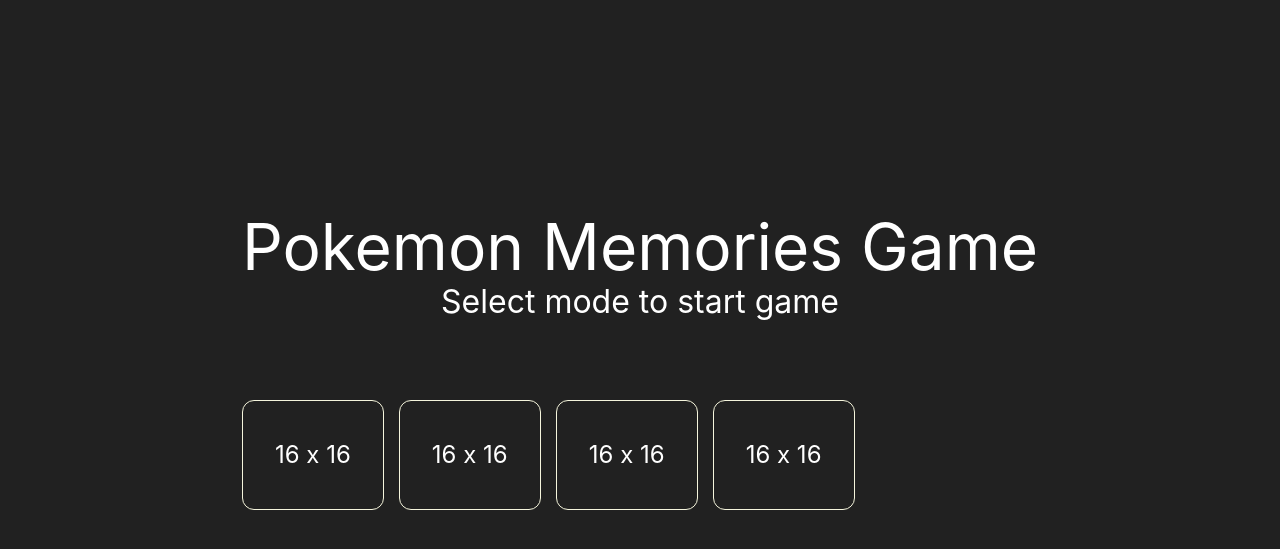
Repository: Kafierence/flip_card
Page: /
An editor plug-in stored every save of this project. The page is shown before and after the next save, followed by the edit.
The browser window is 1280 px wide. The pictures show the whole page.
The project was rebuilt for these pictures with package versions that can differ from the ones it lists, and the page was loaded fresh each time. Also part of the build but not shown: vite.config.js.

Above is the page before, as saved 2022-09-20 14:28:37.

### index.html
<!DOCTYPE html>
<html lang="en">
  <head>
    <meta charset="UTF-8" />
    <link rel="icon" href="/favicon.ico" />
    <meta name="viewport" content="width=device-width, initial-scale=1.0" />
    <title>Memories Game</title>
    <!--Normalize CDN -->
    <link rel="stylesheet" href="https://cdnjs.cloudflare.com/ajax/libs/normalize/8.0.1/normalize.min.css" integrity="sha512-NhSC1YmyruXifcj/KFRWoC561YpHpc5Jtzgvbuzx5VozKpWvQ+4nXhPdFgmx8xqexRcpAglTj9sIBWINXa8x5w==" crossorigin="anonymous" referrerpolicy="no-referrer" />
  </head>
  <body>
    <div id="app"></div>
    <script type="module" src="/src/main.js"></script>
  </body>
</html>

### src/main.js
import { createApp } from "vue";
import App from "./App.vue";

import "./assets/style/global.css";

const app = createApp(App);

app.mount("#app");

### src/App.vue
<script>
  import WelcomeVue from './views/Welcome.vue';
  export default{
    components:{
      WelcomeVue,
    }
    ,methods:{

    }
  }
</script>
<template>
  <welcome-vue />
</template>

### src/assets/style/global.css
body{
    font-family: Inter, -apple-system, BlinkMacSystemFont, 'Segoe UI', Roboto, Oxygen, Ubuntu,
    Cantarell, 'Fira Sans', 'Droid Sans', 'Helvetica Neue', sans-serif;

}
#app{
    background-color: #212121;
    height: 100vh;
    display: flex;
    justify-content: center;
    align-items: center;
    font-size: 15px;
}

### src/views/Welcome.vue
<script>
import BoxVue from '../components/Box.vue';


export default{
    components:{
        BoxVue
    }
}
</script>
<template>
    <div class="container">
        <div class="title_start">
            Pokemon Memories Game
        </div>
        <div class="title_select">
            Select mode to start game
        </div>
        <div class="mode_select">
            <box-vue :totalOfBlocks="16"/>
            <box-vue  :totalOfBlocks="32"/>
            <box-vue  :totalOfBlocks="64" />
            <box-vue  :totalOfBlocks="128"/>
        </div>
    </div>
</template>
<style scoped>
    .container{
       color: white;
       text-align: center;

    }
    .container .title_start{
        font-size: 4rem;
    }
    .container .title_select{
        font-size: 2rem;
    }
    .container .mode_select{
        margin-top: 5rem;
        display: flex;
        gap: 15px;
    }
</style>

### src/components/Box.vue
<script>
    export default{
        data(){
            return{

            }
        },
        props:{
            totalOfBlocks:{
                type:Number,
                require:true,
            }
        },
        methods:{
            onSelectMode(){
                console.log(this.totalOfBlocks)
            }
        }
    }
</script>
<template>
    <div class="box_container" @click="onSelectMode">
        <div class="box_content">
            <div class="box_title">
                16 x 16
            </div>
        </div>
    </div>
</template>

<style scoped>
    .box_container{
       border: 1px solid beige;
       border-radius: 12px;
        transition: all .3s;
    }
    .box_container:hover{
        cursor: pointer;
        background-color: beige;
        color: black;
    }
    .box_content{
         display: flex;
        justify-content: center;
        align-content: center;
    }
    .box_title{
        padding: 2.5rem 2rem;
        font-size: 24px;
    }
</style>

After the next save:
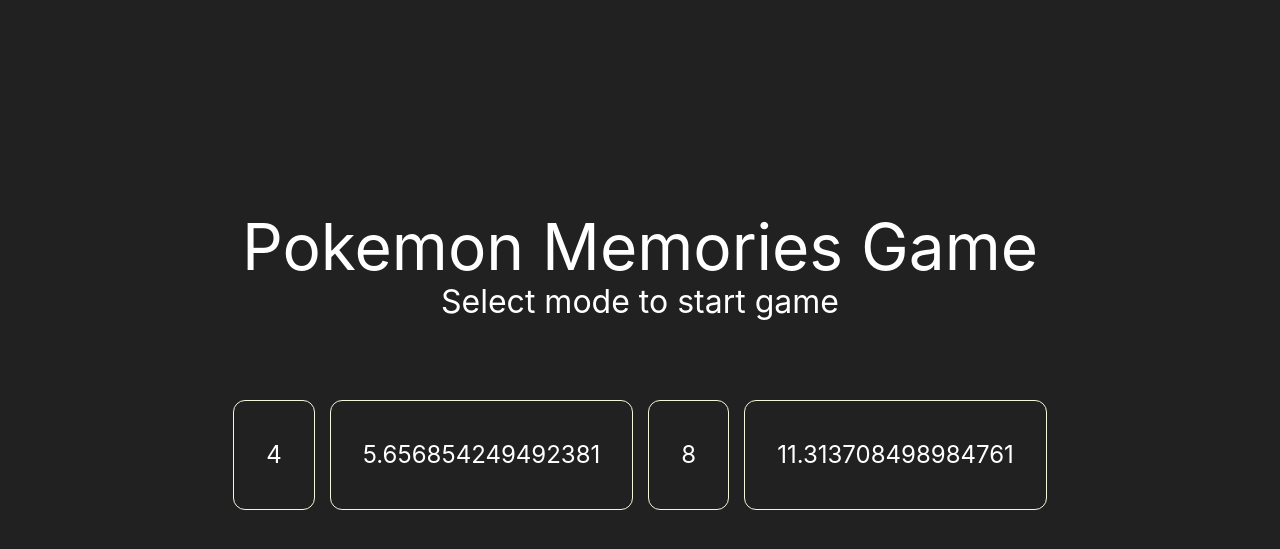
Saved 89 s later.
--- a/src/components/Box.vue
+++ b/src/components/Box.vue
@@ -22,7 +22,9 @@
     <div class="box_container" @click="onSelectMode">
         <div class="box_content">
             <div class="box_title">
-                16 x 16
+                {{
+                    Math.sqrt(totalOfBlocks)
+                }}
             </div>
         </div>
     </div>
